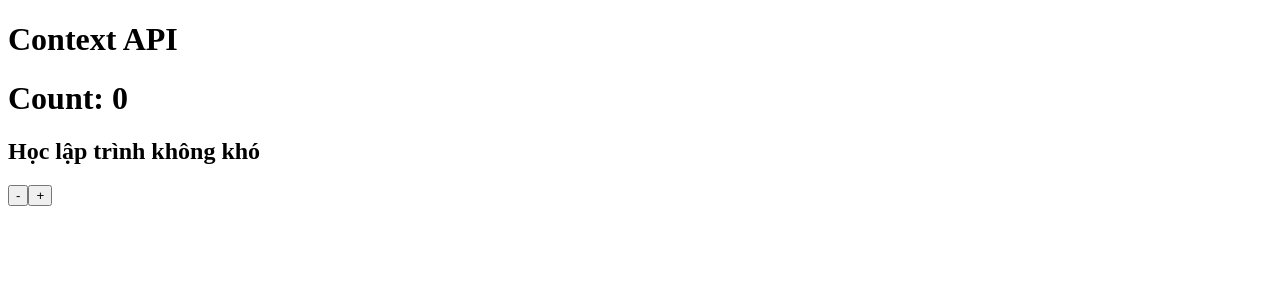
Repository: hungtuan/reactjs-k4-fullstack
Page: / (app in react-03/)
The author's editor kept a copy of each file at every save. The page is drawn from the files as they stood at one save, then again after the next save.
The browser window is 1280 px wide. The pictures show the whole page.
The project was rebuilt for these pictures with package versions that can differ from the ones it lists, and the page was loaded fresh each time. Also part of the build but not shown: react-03/vite.config.js.

Above is the page before, as saved 2023-11-15 14:47:49.

After the next save:
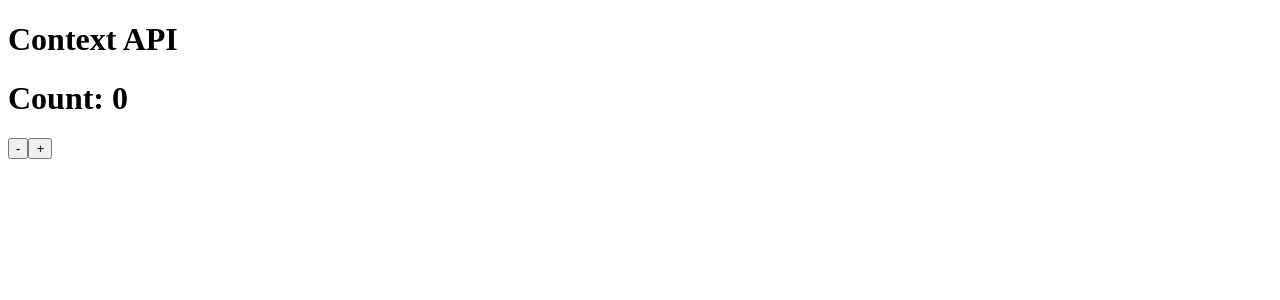
Saved 5 s later.
--- a/react-03/src/App.jsx
+++ b/react-03/src/App.jsx
@@ -5,7 +5,7 @@
 
 function App() {
   const [count, setCount] = useState(0);
-  const message = "Học lập trình không khó";
+  const message = "";
   const handle = (type) => {
     if (type === "inc") {
       setCount((count) => count - 1);
